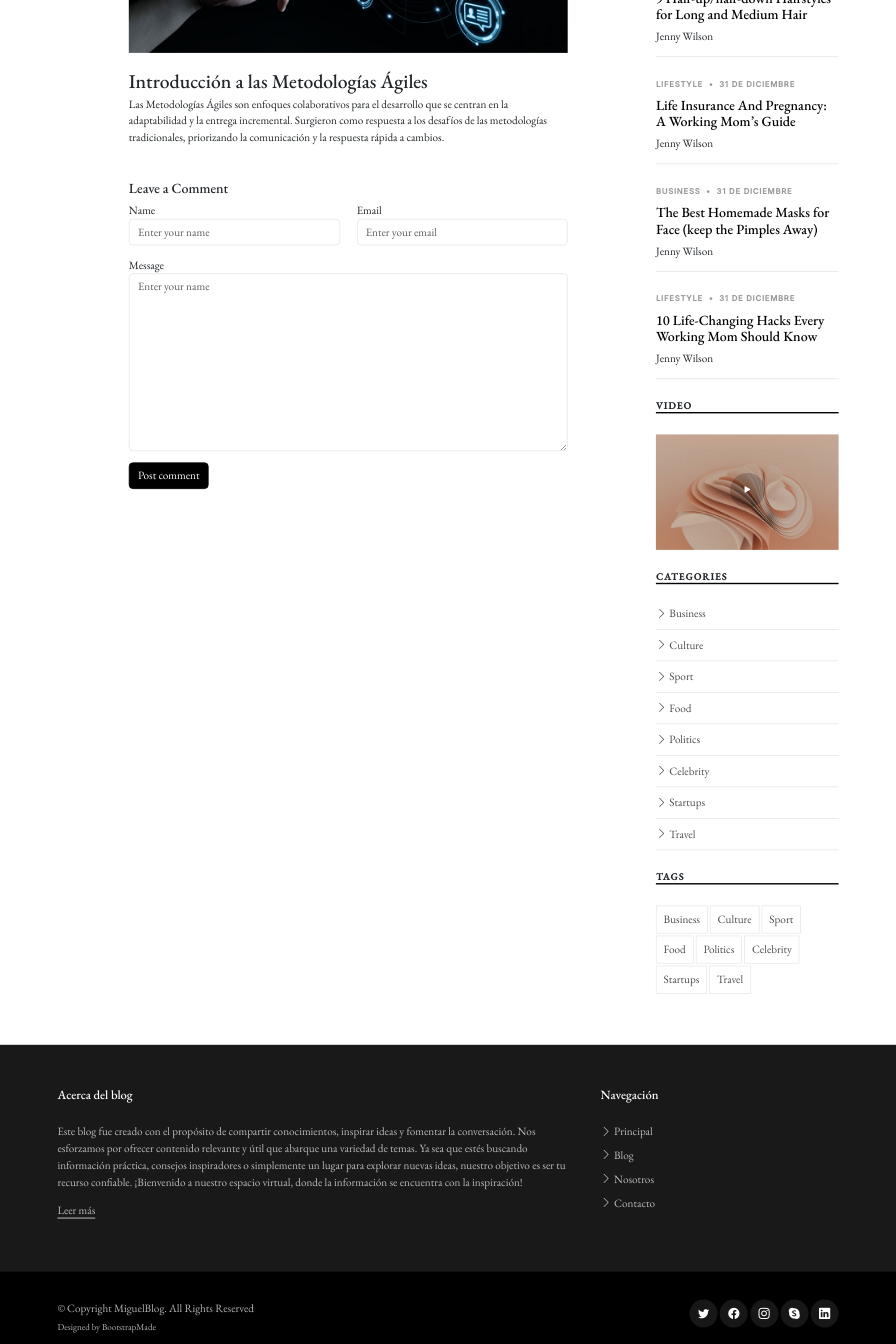
Repository: MiguelDev5/blog-miguel
Page: ma-post.html
These files come from the project's save history. The page is drawn as it stood at one moment and after the next save; the edit follows.
The browser window is 1280 px wide. The pictures show the part of the page from y = 622 to 2542 px (the page is 2567 px tall before and 3309 px after), at 70% of full size.
Some web fonts or font styles are not loaded; a fallback is used.

Above is the page before, as saved 2024-01-01 14:08:58.

After the next save:
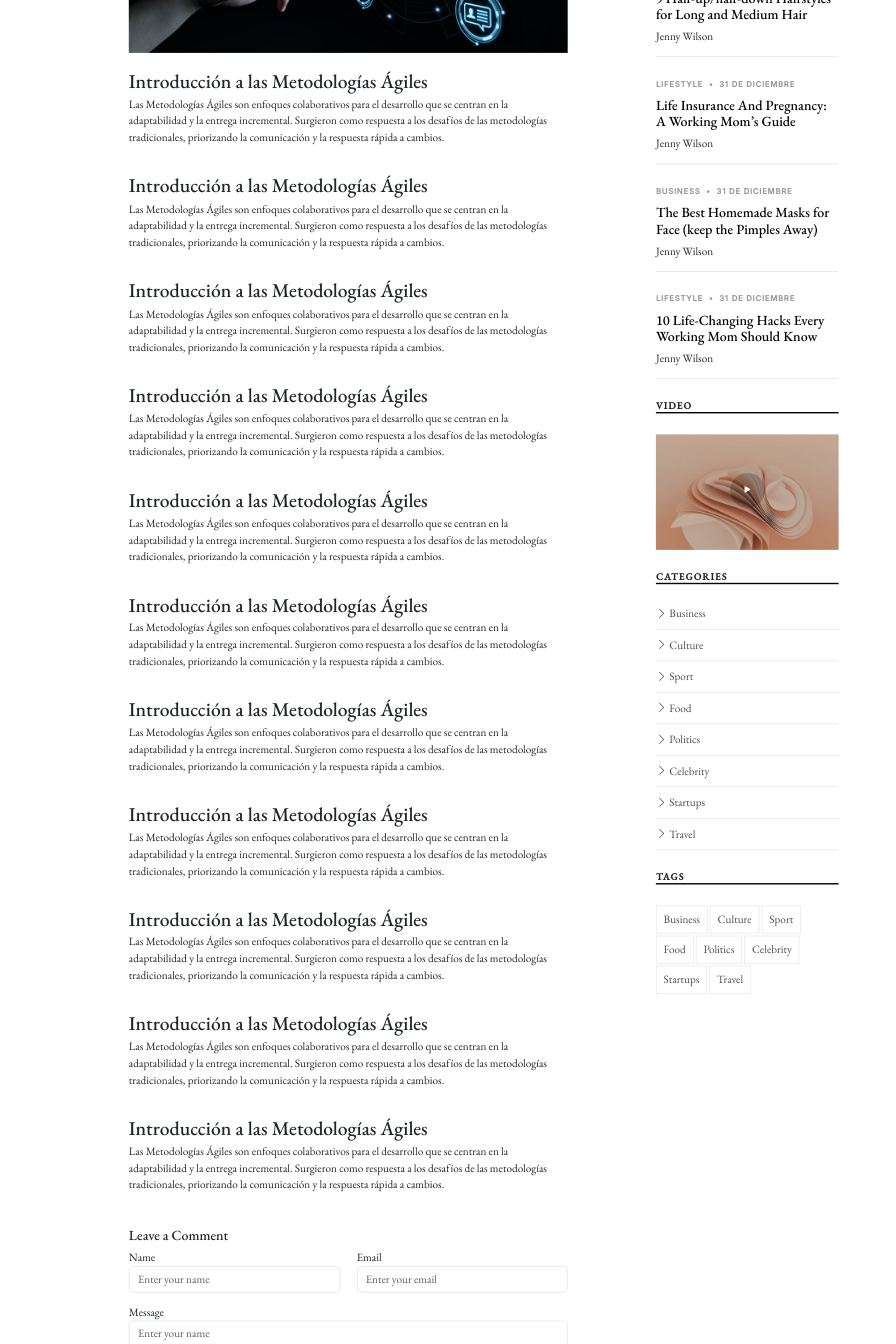
Saved 66 s later.
--- a/ma-post.html
+++ b/ma-post.html
@@ -95,7 +95,48 @@
               <p><span class="firstcharacter">L</span>as Metodologías Ágiles son enfoques colaborativos para el desarrollo que se centran en la adaptabilidad y la entrega incremental. Surgieron como respuesta a los desafíos de las metodologías tradicionales, priorizando la comunicación y la respuesta rápida a cambios.</p>
               <div class="col-md-9"></div>
                   <img src="assets/img/ma001.jpg" alt="" class="img-fluid" style="width: 200;">
+
               </div>
+              <br/>
+              <h3 class="mb-1">Introducción a las Metodologías Ágiles</h3>
+              <p>Las Metodologías Ágiles son enfoques colaborativos para el desarrollo que se centran en la adaptabilidad y la entrega incremental. Surgieron como respuesta a los desafíos de las metodologías tradicionales, priorizando la comunicación y la respuesta rápida a cambios.</p>
+
+              <br/>
+              <h3 class="mb-1">Introducción a las Metodologías Ágiles</h3>
+              <p>Las Metodologías Ágiles son enfoques colaborativos para el desarrollo que se centran en la adaptabilidad y la entrega incremental. Surgieron como respuesta a los desafíos de las metodologías tradicionales, priorizando la comunicación y la respuesta rápida a cambios.</p>
+
+              <br/>
+              <h3 class="mb-1">Introducción a las Metodologías Ágiles</h3>
+              <p>Las Metodologías Ágiles son enfoques colaborativos para el desarrollo que se centran en la adaptabilidad y la entrega incremental. Surgieron como respuesta a los desafíos de las metodologías tradicionales, priorizando la comunicación y la respuesta rápida a cambios.</p>
+
+              <br/>
+              <h3 class="mb-1">Introducción a las Metodologías Ágiles</h3>
+              <p>Las Metodologías Ágiles son enfoques colaborativos para el desarrollo que se centran en la adaptabilidad y la entrega incremental. Surgieron como respuesta a los desafíos de las metodologías tradicionales, priorizando la comunicación y la respuesta rápida a cambios.</p>
+
+              <br/>
+              <h3 class="mb-1">Introducción a las Metodologías Ágiles</h3>
+              <p>Las Metodologías Ágiles son enfoques colaborativos para el desarrollo que se centran en la adaptabilidad y la entrega incremental. Surgieron como respuesta a los desafíos de las metodologías tradicionales, priorizando la comunicación y la respuesta rápida a cambios.</p>
+
+              <br/>
+              <h3 class="mb-1">Introducción a las Metodologías Ágiles</h3>
+              <p>Las Metodologías Ágiles son enfoques colaborativos para el desarrollo que se centran en la adaptabilidad y la entrega incremental. Surgieron como respuesta a los desafíos de las metodologías tradicionales, priorizando la comunicación y la respuesta rápida a cambios.</p>
+
+              <br/>
+              <h3 class="mb-1">Introducción a las Metodologías Ágiles</h3>
+              <p>Las Metodologías Ágiles son enfoques colaborativos para el desarrollo que se centran en la adaptabilidad y la entrega incremental. Surgieron como respuesta a los desafíos de las metodologías tradicionales, priorizando la comunicación y la respuesta rápida a cambios.</p>
+
+              <br/>
+              <h3 class="mb-1">Introducción a las Metodologías Ágiles</h3>
+              <p>Las Metodologías Ágiles son enfoques colaborativos para el desarrollo que se centran en la adaptabilidad y la entrega incremental. Surgieron como respuesta a los desafíos de las metodologías tradicionales, priorizando la comunicación y la respuesta rápida a cambios.</p>
+
+              <br/>
+              <h3 class="mb-1">Introducción a las Metodologías Ágiles</h3>
+              <p>Las Metodologías Ágiles son enfoques colaborativos para el desarrollo que se centran en la adaptabilidad y la entrega incremental. Surgieron como respuesta a los desafíos de las metodologías tradicionales, priorizando la comunicación y la respuesta rápida a cambios.</p>
+
+              <br/>
+              <h3 class="mb-1">Introducción a las Metodologías Ágiles</h3>
+              <p>Las Metodologías Ágiles son enfoques colaborativos para el desarrollo que se centran en la adaptabilidad y la entrega incremental. Surgieron como respuesta a los desafíos de las metodologías tradicionales, priorizando la comunicación y la respuesta rápida a cambios.</p>
+
               <br/>
               <h3 class="mb-1">Introducción a las Metodologías Ágiles</h3>
               <p>Las Metodologías Ágiles son enfoques colaborativos para el desarrollo que se centran en la adaptabilidad y la entrega incremental. Surgieron como respuesta a los desafíos de las metodologías tradicionales, priorizando la comunicación y la respuesta rápida a cambios.</p>
